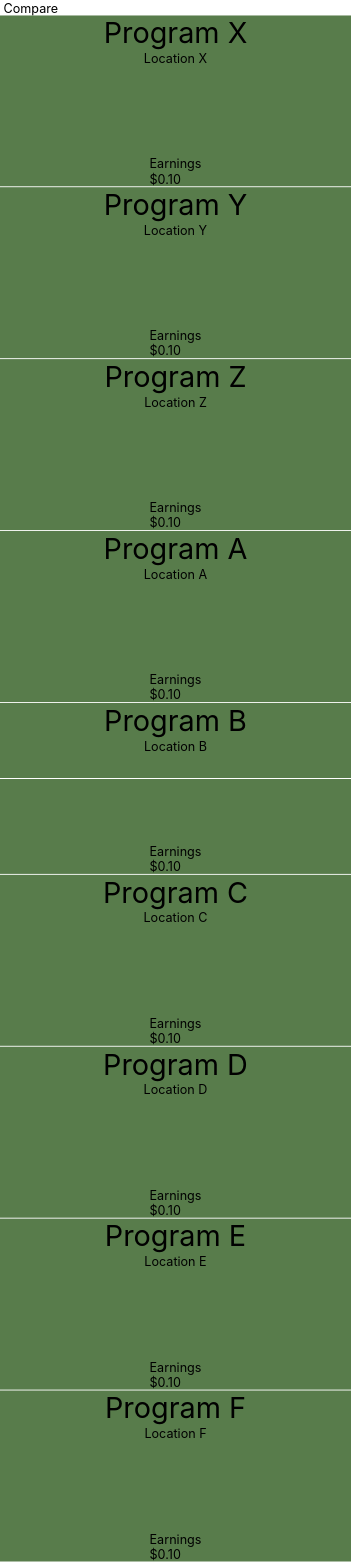
Repository: ct-pham/COMP4511
Screen: / (app in comp4511/)
The author's editor kept a copy of each file at every save. The screen is drawn from the files as they stood at one save, then again after a run of saves.
The pictures are shown at 90% of full size.
The app was drawn by React Native's web renderer in a window 390 px wide. The project was rebuilt for these pictures with package versions that can differ from the ones it lists, and the page was loaded fresh each time. Also part of the build but not shown: comp4511/Components/Homepage.js, comp4511/Components/AllEarnings.js, comp4511/Components/ProgramEarnings.js, comp4511/Components/Register.js, comp4511/Components/Login.js.

Above is the screen before, as saved 2022-11-09 19:07:17.

After the next 5 saves:
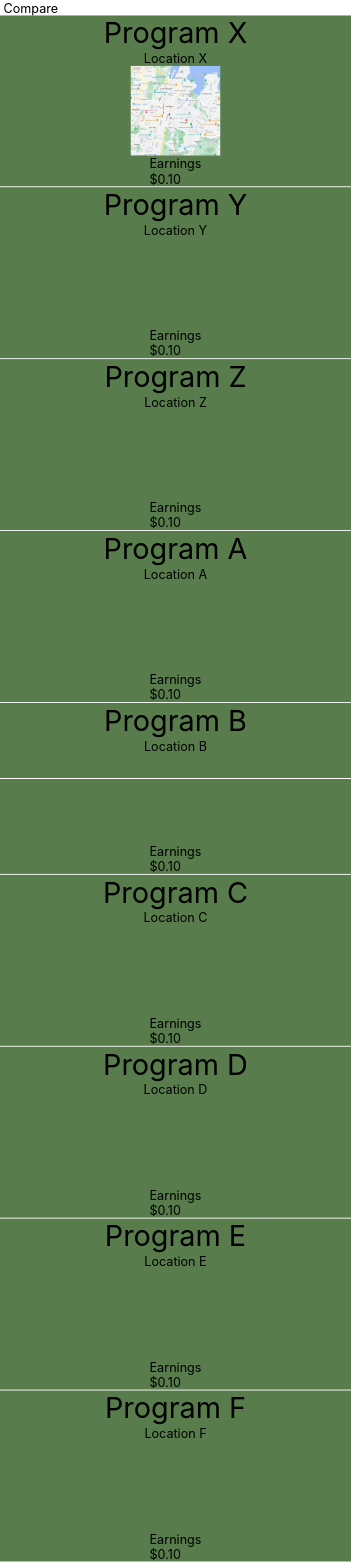
The 5 saves are shown as one change because 4 did not build or start.
The last was saved 3 min 23 s later.
--- a/comp4511/Components/compareProgram/Items.js
+++ b/comp4511/Components/compareProgram/Items.js
@@ -20,7 +20,10 @@ export default function Items ({item}) {
                 <Text style = {styles.title}>{item.title}</Text>
                 <Text style = {styles.location}>{item.location}</Text>
 
-                <Image style = {styles.image}>{item.image}</Image>
+                <Image
+                    source = {item.image}
+                    style = {styles.image}
+                />
                 <View>
                     <Text style = {styles.Earnings}>{item.Earning}</Text>
                     <Text style = {styles.Total}>{item.Total}</Text>
--- a/comp4511/Components/compareProgram/ProgramDetails.js
+++ b/comp4511/Components/compareProgram/ProgramDetails.js
@@ -5,7 +5,7 @@ export default [
         location: 'Location X',
         Earning: 'Earnings',
         Total: '$0.10',
-        Image: require('.../assets/map.jpg'),
+        image: require('./map.jpg'),
 
     },
     {
